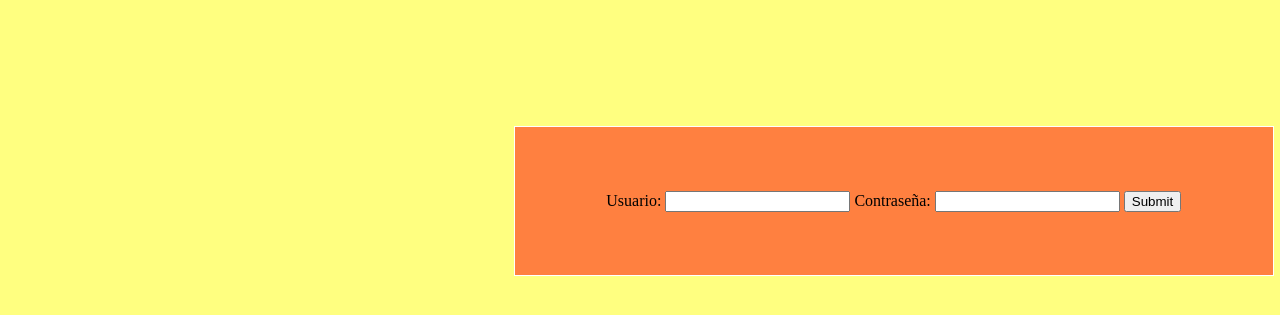
Repository: salvadorsobrino/Ejercicio5ServletJSP
Page: http://localhost/Ejercicio5/
These files come from the project's save history. The page is drawn as it stood at one moment and after the next save; the edit follows.
The browser window is 1280 px wide. The pictures show the whole page.
The page is served by Tomcat 9. Other server files are loaded and not shown.

Above is the page before, as saved 2022-03-11 09:53:00.

### Ejercicio5/src/main/webapp/index.html
<!DOCTYPE html>
<html>
<head>
<meta charset="UTF-8">
<link rel='stylesheet' type='text/css' media='screen' href='index.css'>
<title>Ejercicio5</title>
<link rel="icon" href="icono.png">
</head>
<body>
	<form id="formulario" action="Servlet" method="post">
	Usuario:
	<input type="text" name="usuario">
	Contraseña:
	<input type="password" name="contrasena">
	<input type="submit">

	</form>
</body>
</html>

### Ejercicio5/src/main/webapp/index.css
/* Hoja de estilo index */
h1{
	 color: orange;
}
body{
	background-color: rgb(255, 255, 128);
    background-size: cover;
}
#formulario{
	background-color: rgb(255, 128, 64);
	border-style: solid;
	border-width: thin;
	border-color: white;
	width: 50%;
	height: auto;
	margin-top: 10%;
	margin-left: 40%;
	text-align:center;
	padding: 5%;

}

After the next save:
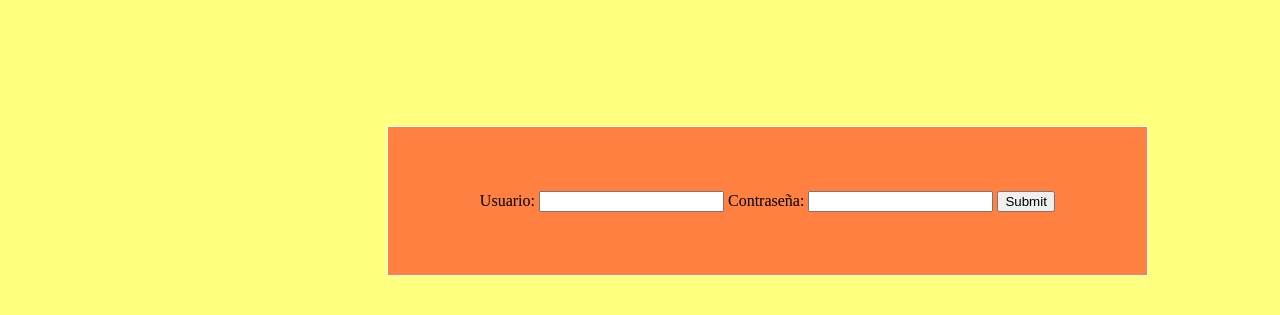
Saved 9 s later.
--- a/Ejercicio5/src/main/webapp/index.css
+++ b/Ejercicio5/src/main/webapp/index.css
@@ -14,7 +14,7 @@ body{
 	width: 50%;
 	height: auto;
 	margin-top: 10%;
-	margin-left: 40%;
+	margin-left: 30%;
 	text-align:center;
 	padding: 5%;
 
